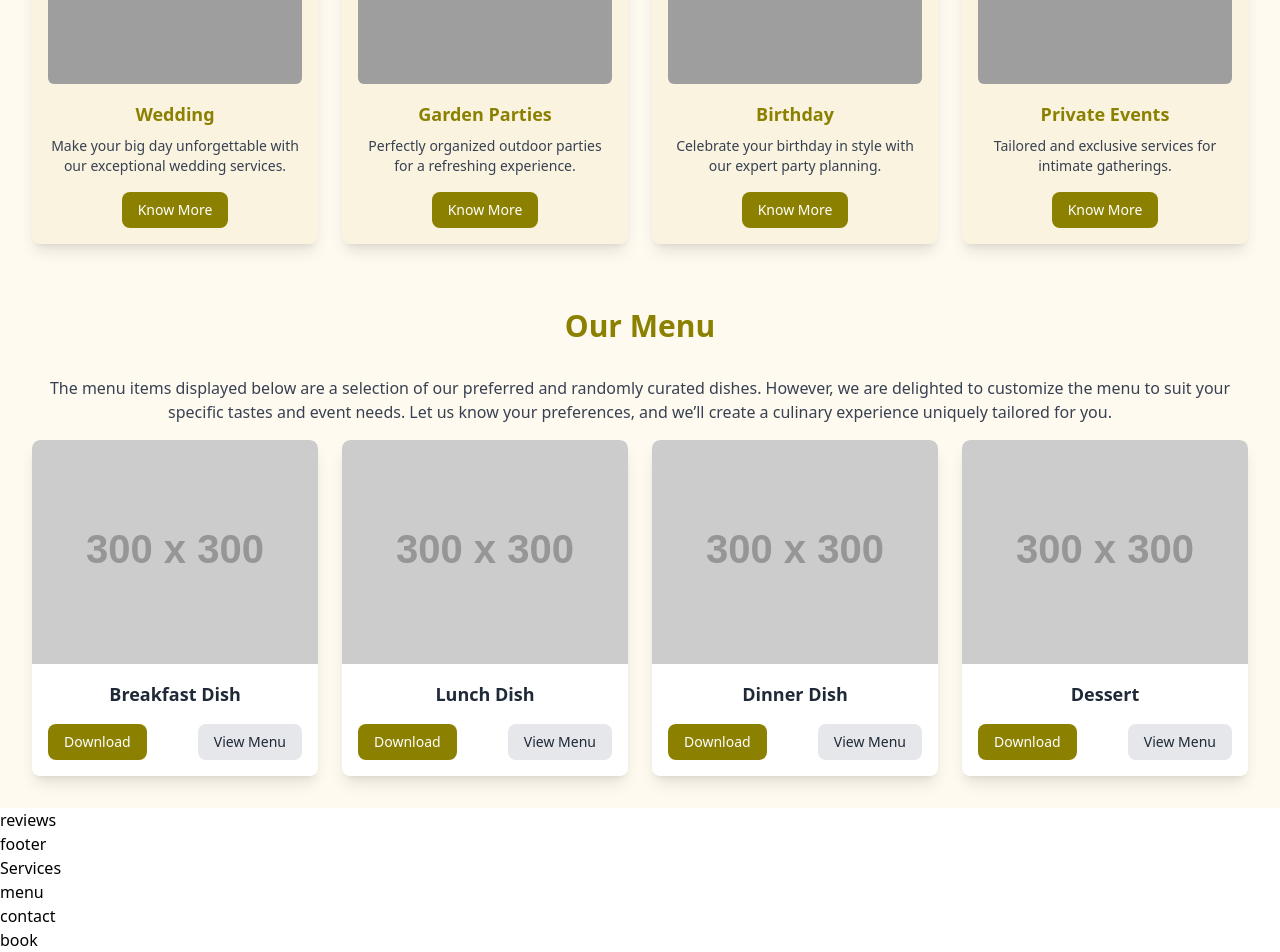
Repository: makanda596/compactchef
Page: /menu
These files come from the project's save history. The page is drawn as it stood at one moment and after the next save; the edit follows.
The browser window is 1280 px wide. The pictures show the part of the page from y = 2332 to 3284 px (the page is 3284 px tall).
Pictures or frames that could not be fetched are drawn as grey boxes. The project was rebuilt for these pictures with package versions that can differ from the ones it lists, and the page was loaded fresh each time.

Above is the page before, as saved 2025-01-08 08:06:27.

After the next save:
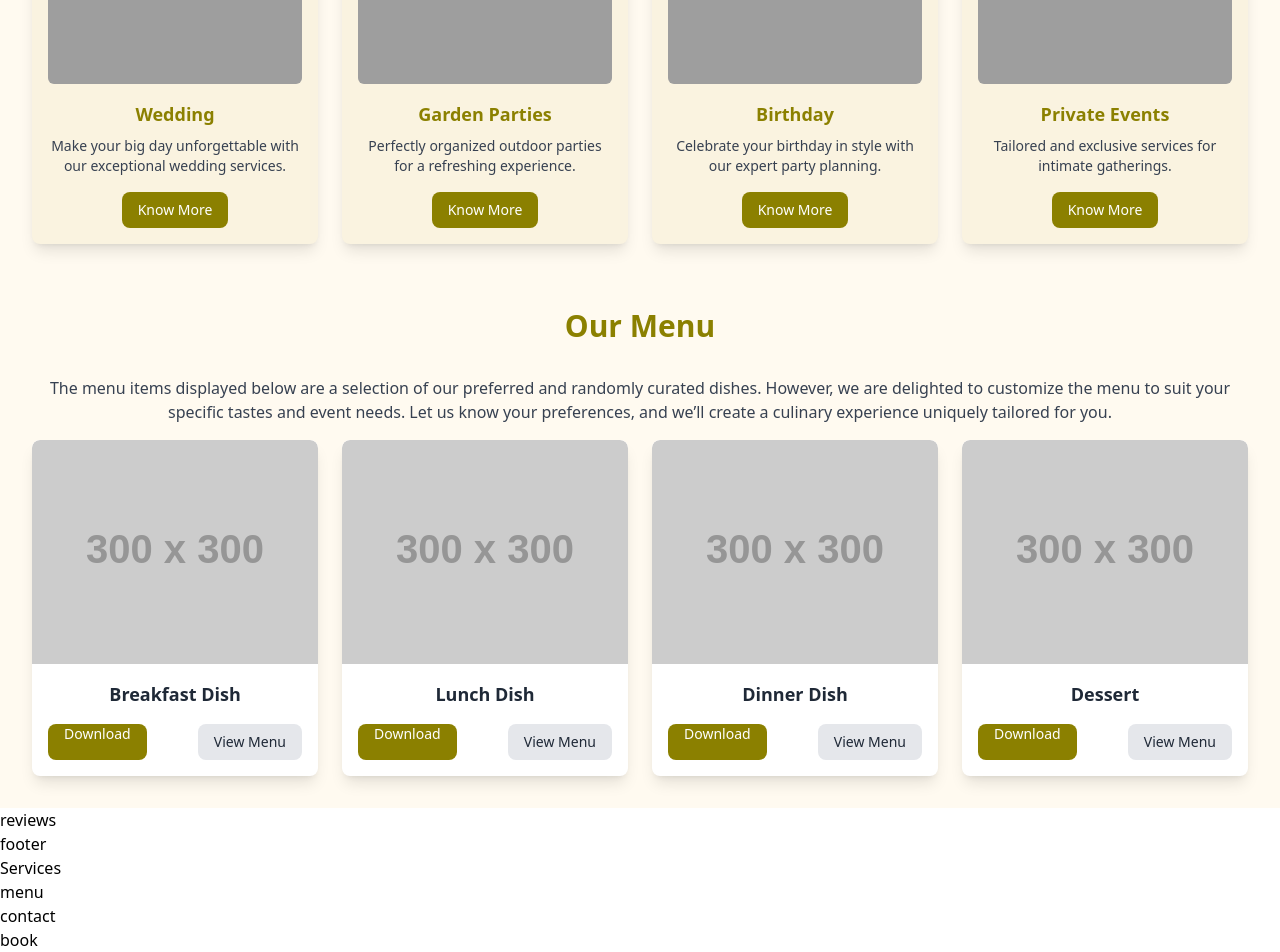
Saved 48 s later.
--- a/src/components/About.jsx
+++ b/src/components/About.jsx
@@ -186,7 +186,7 @@
                                 <a
                                     href={item.downloadLink} // Download link
                                     download
-                                    className="bg-[#8b8000] text-white py-2 px-4 rounded-lg text-sm hover:bg-[#a08d00] transition-colors duration-300"
+                                    className="bg-[#8b8000] text-white py-0 px-4 rounded-lg text-sm hover:bg-[#a08d00] transition-colors duration-300"
                                 >
                                     Download
                                 </a>

After the save that followed:
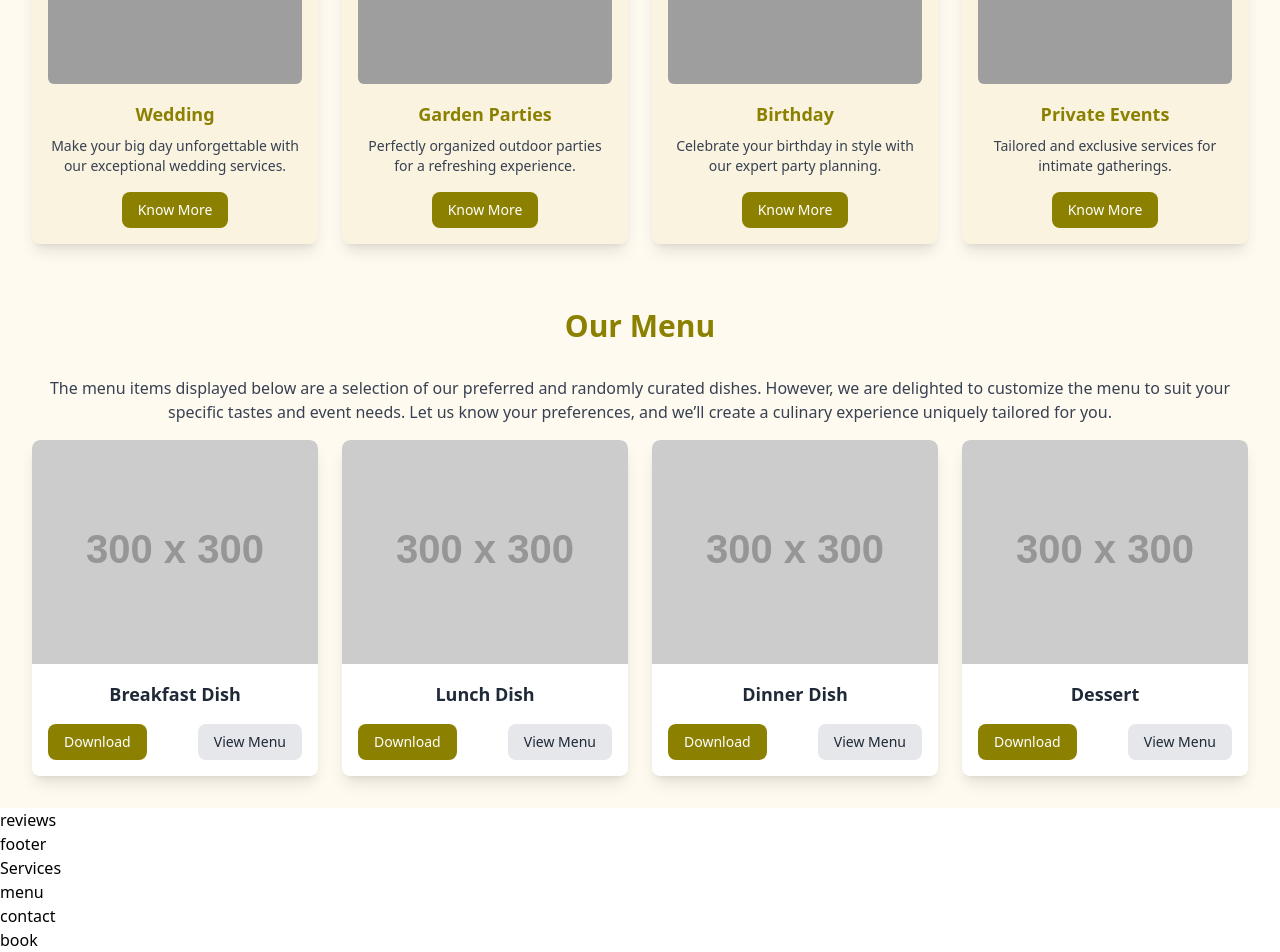
Saved 2 min 42 s later.
--- a/src/components/About.jsx
+++ b/src/components/About.jsx
@@ -163,7 +163,7 @@
                 <p className="text-center mb-4 text-gray-700">
                     The menu items displayed below are a selection of our preferred and randomly curated dishes. However, we are delighted to customize the menu to suit your specific tastes and event needs. Let us know your preferences, and we’ll create a culinary experience uniquely tailored for you.
                 </p>
-                <div className="grid grid-cols-2 sm:grid-cols-2 md:grid-cols-3 lg:grid-cols-4 gap-6">
+                <div className="grid grid-cols-1 sm:grid-cols-2 md:grid-cols-3 lg:grid-cols-4 gap-6">
                     {menuItems.map((item, index) => (
                         <div
                             key={index}
@@ -177,16 +177,16 @@
                             />
 
                             {/* Title */}
-                            <h3 className="text-lg font-bold text-center text-gray-800 mt-4">
+                            <h3 className="text-lg font-bold text-center text-gray-800 mt-4 px-2">
                                 {item.title}
                             </h3>
 
                             {/* Buttons */}
-                            <div className="flex justify-between p-4">
+                            <div className="flex flex-col sm:flex-row justify-between gap-4 p-4">
                                 <a
                                     href={item.downloadLink} // Download link
                                     download
-                                    className="bg-[#8b8000] text-white py-0 px-4 rounded-lg text-sm hover:bg-[#a08d00] transition-colors duration-300"
+                                    className="bg-[#8b8000] text-white py-2 px-4 text-center rounded-lg text-sm hover:bg-[#a08d00] transition-colors duration-300"
                                 >
                                     Download
                                 </a>
@@ -194,7 +194,7 @@
                                     href={item.viewLink} // View menu link
                                     target="_blank"
                                     rel="noopener noreferrer"
-                                    className="bg-gray-200 text-gray-800 py-2 px-4 rounded-lg text-sm hover:bg-gray-300 transition-colors duration-300"
+                                    className="bg-gray-200 text-gray-800 py-2 px-4 text-center rounded-lg text-sm hover:bg-gray-300 transition-colors duration-300"
                                 >
                                     View Menu
                                 </a>
@@ -206,6 +206,7 @@
 
 
 
+
         </div>
     );
 }
